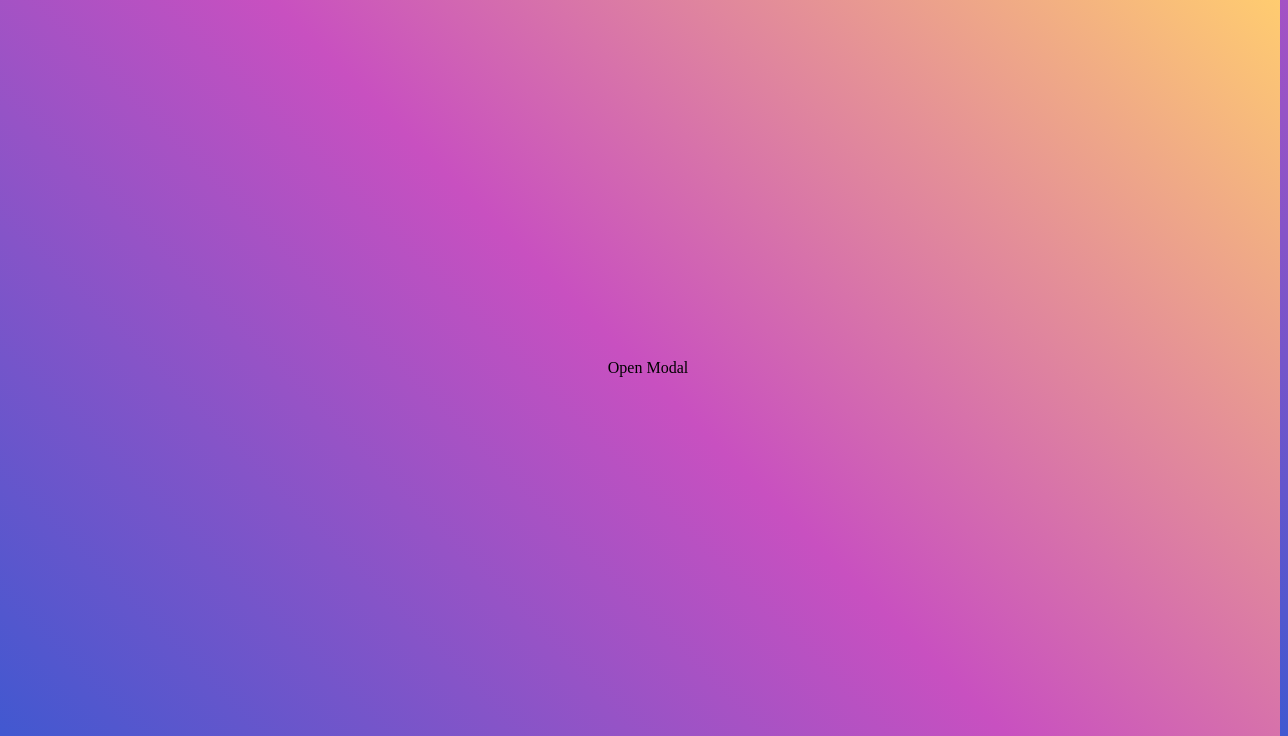
Repository: HoanTiny/30projects-30day
Page: Day 3/index.html
An editor plug-in stored every save of this project. The page is shown before and after the next save, followed by the edit.
The browser window is 1280 px wide. The page is 1288 px wide, so the pictures cover 1288 px, including what lies to the right of the window. The pictures show the whole page.
Some web libraries are served in a nearby version.

Above is the page before, as saved 2021-12-01 15:46:53.

### Day 3/index.html
<!DOCTYPE html>
<html lang="en">
    <head>
        <meta charset="UTF-8" />
        <meta http-equiv="X-UA-Compatible" content="IE=edge" />
        <meta name="viewport" content="width=device-width, initial-scale=1.0" />
        <title>Day 2</title>
        <link
            rel="stylesheet"
            href="https://use.fontawesome.com/releases/v5.13.0/css/all.css"
            integrity="sha384-Bfad6CLCknfcloXFOyFnlgtENryhrpZCe29RTifKEixXQZ38WheV+i/6YWSzkz3V"
            crossorigin="anonymous"
        />
        <link rel="stylesheet" href="./styles.css" />
    </head>
    <body>
        <div class="modal">Open Modal</div>
    </body>
</html>

### Day 3/styles.css
body {
    background-image: linear-gradient(45deg, rgb(65, 88, 208) 0%, rgb(200, 80, 192) 50%, rgb(255, 204, 112) 100%);
    height: 100vh;
    overflow: hidden;
    width: 100%;
    display: flex;
    align-items: center;
    justify-content: center;
}

.modal {
    padding: 32px;
}

After the next save:
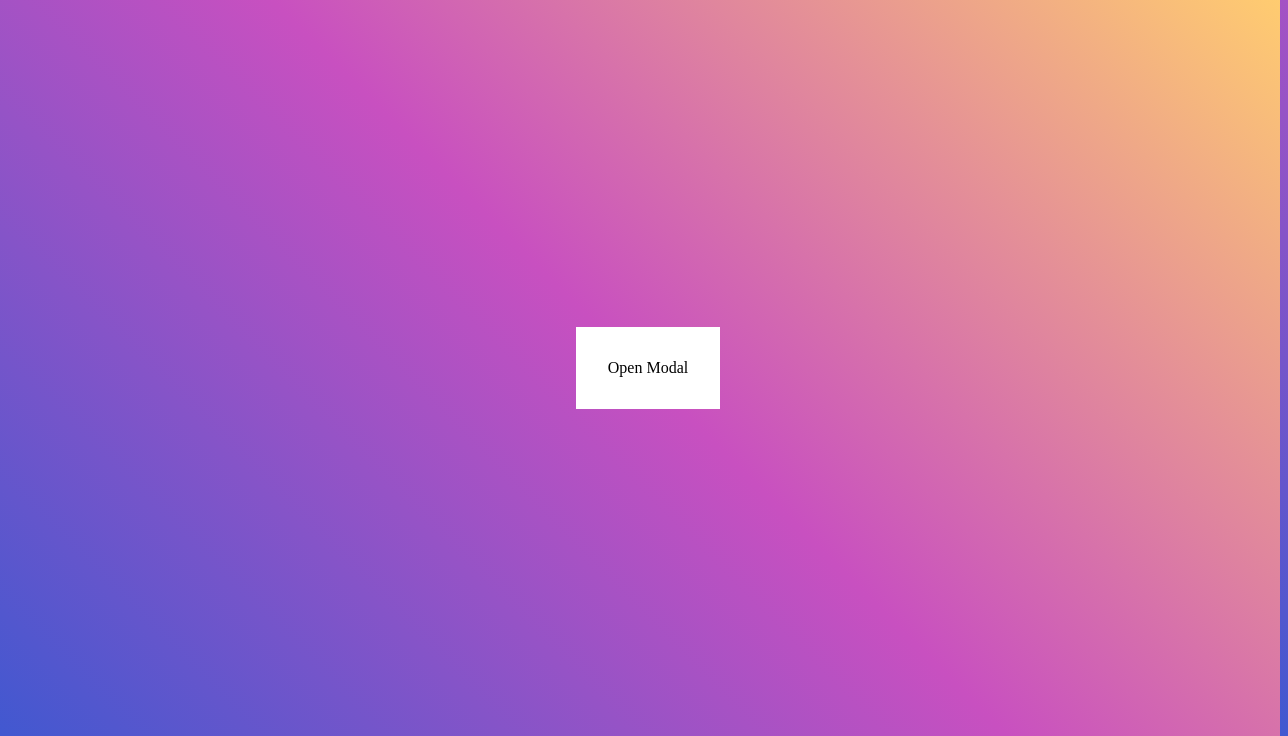
Saved 5 s later.
--- a/Day 3/styles.css
+++ b/Day 3/styles.css
@@ -10,4 +10,5 @@ body {
 
 .modal {
     padding: 32px;
+    background-color: #fff;
 }
